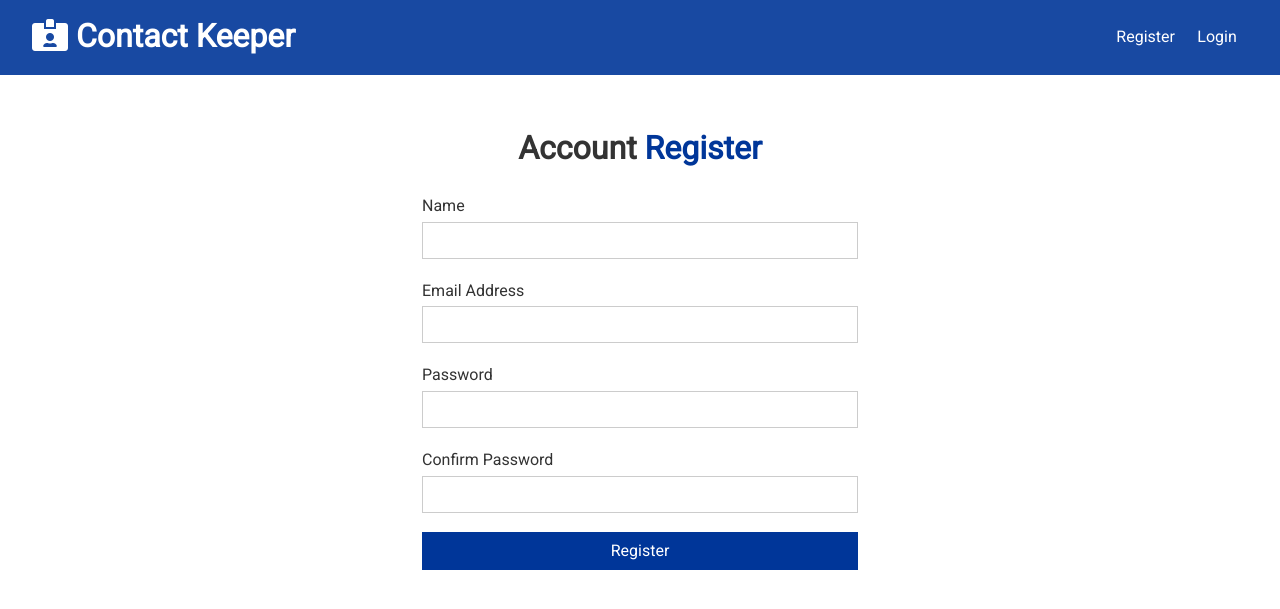
Repository: Art101-ui/Contact-keeper
Page: /register (app in client/)
An editor plug-in stored every save of this project. The page is shown before and after the next save, followed by the edit.
The browser window is 1280 px wide. The pictures show the whole page.
Some web libraries are served in a nearby version. The project was rebuilt for these pictures with package versions that can differ from the ones it lists, and the page was loaded fresh each time. Also part of the build but not shown: client/src/components/contacts/ContactsItem.js, client/src/components/layout/Spinner.js, client/src/components/contacts/Contacts.js, client/src/components/contacts/ContactForm.js, client/src/components/contacts/ContactsFilter.js, client/src/components/pages/Home.js, client/src/components/pages/About.js, client/src/components/layout/Alert.js and 2 more.

Above is the page before, as saved 2021-09-27 11:42:10.

After the next save:
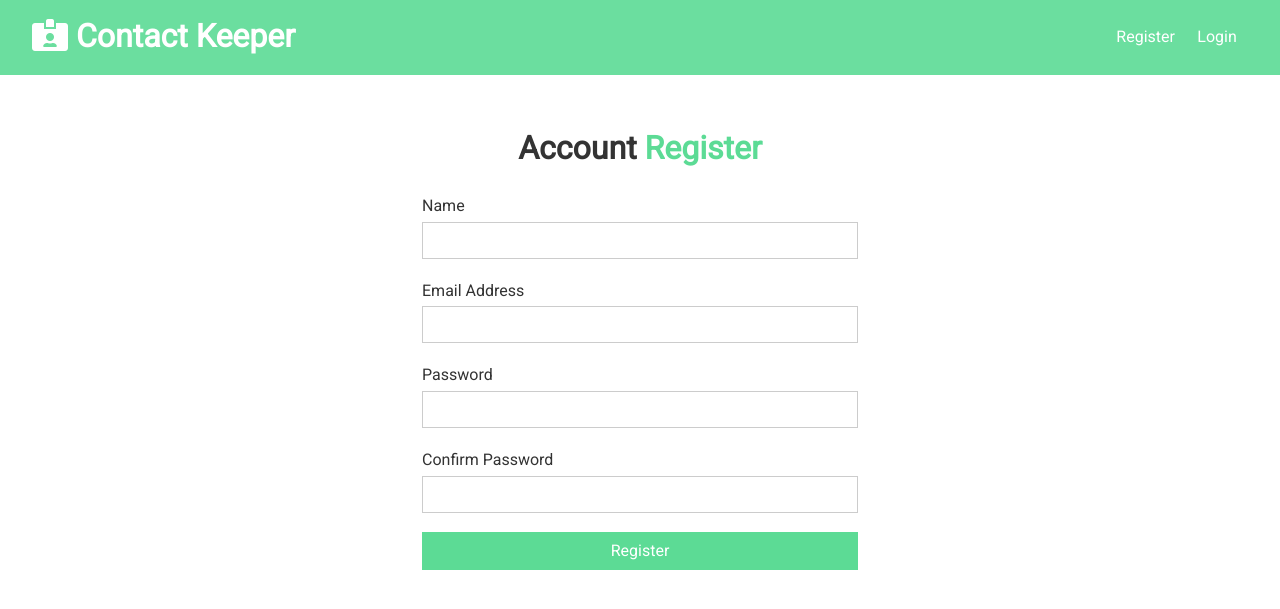
Saved 17 min 20 s later.
--- a/client/src/App.css
+++ b/client/src/App.css
@@ -2,7 +2,7 @@
 
 /* Global Styles */
 :root {
-  --primary-color: #003699;
+  --primary-color: #5CDB95;
   --dark-color: #333333;
   --light-color: #f4f4f4;
   --danger-color: #dc3545;
